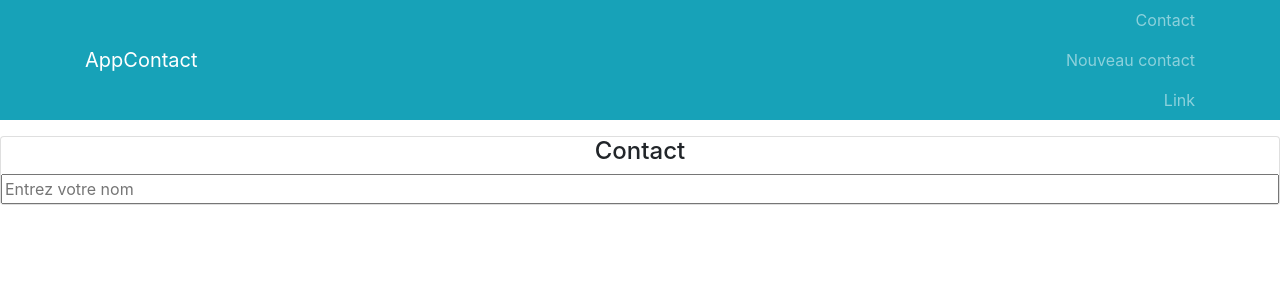
Repository: romgrm/appContact
Page: /
These files come from the project's save history. The page is drawn as it stood at one moment and after a run of saves; the edit follows.
The browser window is 1280 px wide. The pictures show the whole page.
Some web libraries are served in a nearby version. The project was rebuilt for these pictures with package versions that can differ from the ones it lists, and the page was loaded fresh each time. Also part of the build but not shown: src/Components/Contact.js, src/Components/Liste.js.

Above is the page before, as saved 2020-12-03 16:12:06.

### public/index.html
<!DOCTYPE html>
<html lang="en">
  <head>
    <meta charset="utf-8" />
    <link rel="icon" href="%PUBLIC_URL%/favicon.ico" />
    <meta name="viewport" content="width=device-width, initial-scale=1" />
    <meta name="theme-color" content="#000000" />
    <meta
      name="description"
      content="Web site created using create-react-app"
    />
    <link rel="apple-touch-icon" href="%PUBLIC_URL%/logo192.png" />

    <link rel="manifest" href="%PUBLIC_URL%/manifest.json" />

    <title>React App</title>
  </head>
  <body>
    <noscript>You need to enable JavaScript to run this app.</noscript>
    <div id="root"></div>
    <script src="https://kit.fontawesome.com/f66925acc9.js" crossorigin="anonymous"></script>

  </body>
</html>

### src/App.js
import Header from './Components/Header'
import Liste from './Components/Liste'
import Contact from './Components/Contact'

import 'bootstrap/dist/css/bootstrap.min.css'
import AddContact from './Components/AddContact'


function App() {
  return (
    <div className="App">
       <Header />
      <AddContact />
      {/* // <div className="container pt-4">
      //   <Contact />
      // </div> */}
    </div>
  );
}

export default App;

### src/Components/Header.js
import React, { Component } from 'react'

export default class Header extends Component {
    render() {
        return (
            <React.Fragment>
                <nav className="navbar navbar-dark bg-info mb-3 py-0">
                    <div className="container">
                        <a href="/" className="navbar-brand">AppContact</a>
                        <ul className="navbar-nav">
                            <li className="nav-item ml-auto">
                                <a className="nav-link " href="#">Contact</a>
                            </li>
                            <li className="nav-item ml-auto">
                                <a className="nav-link" href="#">Nouveau contact</a>
                            </li>
                            <li className="nav-item ml-auto">
                                <a className="nav-link" href="#">Link</a>
                            </li>
                        </ul>
                    </div>
                </nav>

            </React.Fragment>

        )
    }
}

### src/Components/AddContact.js
import React, { Component } from 'react'

export default class AddContact extends Component {

    state = {
        nom: '',
        prenom: '',
        mail: ''
    }

    onChange=(event) => {
        this.setState({
            nom: event.target.value
        })
    }

    onSubmit
    render() {
        return (
            <div className="card body-card text-center">
                <h4>Contact</h4>
                <input
                name="Nom"
                placeholder="Entrez votre nom"
                onChange={this.onChange}
                value= {this.state.nom}
                ></input>

            </div>
        )
    }
}

Loaded but not shown: src/index.js (common file)

After the next 4 saves:
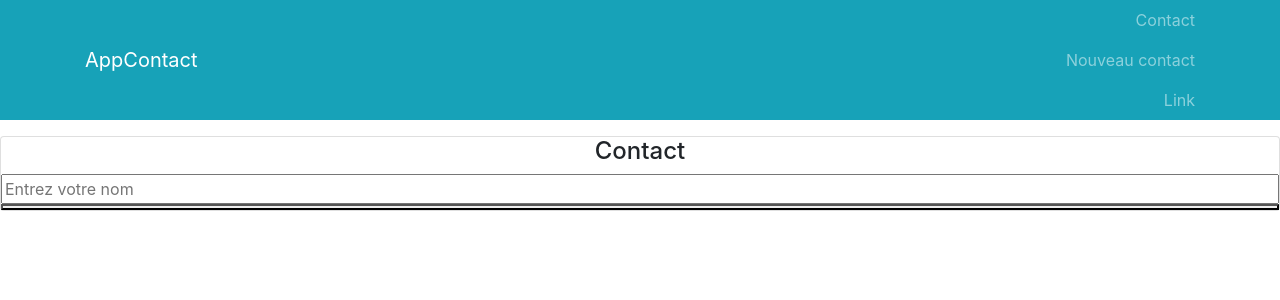
The 4 saves are shown as one change because 1 did not build or start and some came seconds apart.
The last was saved 15 s later.
--- a/src/Components/AddContact.js
+++ b/src/Components/AddContact.js
@@ -25,7 +25,7 @@ export default class AddContact extends Component {
                 onChange={this.onChange}
                 value= {this.state.nom}
                 ></input>
-
+                <button onClick={this.onSubmit}></button>
             </div>
         )
     }
